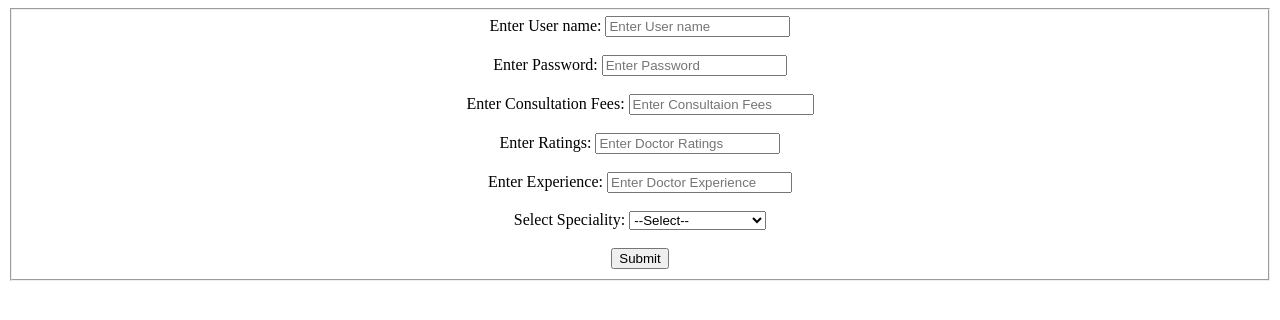
Repository: bigee1397/22-3-2024
Page: http://localhost/MovieMavenDemoApp/
The author's editor kept a copy of each file at every save. The page is drawn from the files as they stood at one save, then again after the next save.
The browser window is 1280 px wide. The pictures show the whole page.
The page is served by Tomcat 9. Other server files are loaded and not shown.

Above is the page before, as saved 2024-03-14 04:47:27.

### jspandservlets/MovieMavenDemoApp/src/main/webapp/index.jsp
<%@ page language="java" contentType="text/html; charset=ISO-8859-1"
    pageEncoding="ISO-8859-1"%>
<!DOCTYPE html>
<html>
<head>
<meta charset="ISO-8859-1">
<title>Insert title here</title>
</head>
<body>
	<fieldset align="center">
		<form action="loginServlet" method="post">
			Enter User name: <input type="text" name="username" placeholder="Enter User name" />
	    	<br><br>
	    	Enter Password: <input type="password" name="password" placeholder="Enter Password" />
	    	<br><br>
	    	Enter Consultation Fees: <input type="number" name="consultationFee" placeholder="Enter Consultaion Fees" />
	    	<br><br>
	    	Enter Ratings: <input type="number" name="ratings" placeholder="Enter Doctor Ratings" />
	    	<br><br>
	    	Enter Experience: <input type="number" name="experience" placeholder="Enter Doctor Experience" />
	    	<br><br>
	        Select Speciality:
	        <select name="speciality">
	            <option>--Select--</option>
	            <option value="ORTHOLOGIST">ORTHOLOGIST</option>
	            <option value="PEDIATRICS">PEDIATRICS</option>
	            <option value="TRICOLOGIST">TRICOLOGIST</option>
	            <option value="DERMATOLOGIST">DERMATOLOGIST</option>
	        </select>
	        <br><br>
	       <!--  Hobbies
	        <input type="checkbox" name="hobby" value="dance">Dance
	        <input type="checkbox" name="hobby" value="music">Music
	        <input type="checkbox" name="hobby" value="sports">Sports
	        <input type="checkbox" name="hobby" value="reading">Reading
	        <br><br> -->
	        <input type="submit" value="Submit">
		</form>
	</fieldset>
</body>
</html>

After the next save:
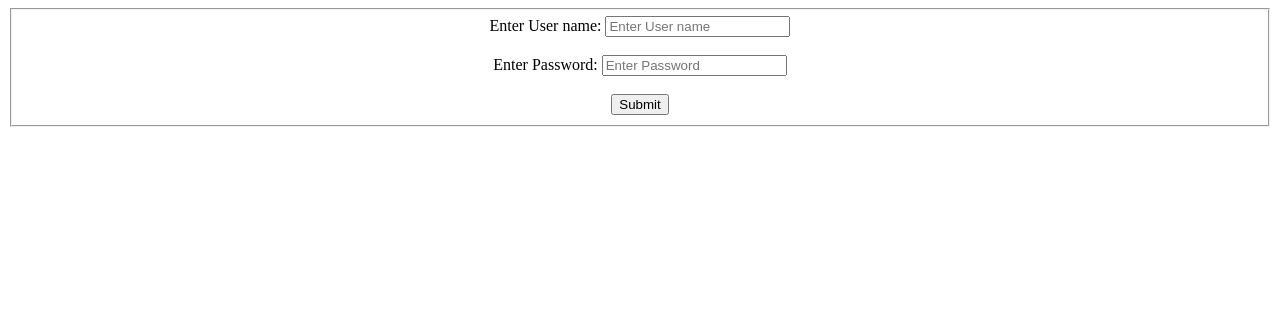
Saved 14 s later.
--- a/jspandservlets/MovieMavenDemoApp/src/main/webapp/index.jsp
+++ b/jspandservlets/MovieMavenDemoApp/src/main/webapp/index.jsp
@@ -13,7 +13,7 @@
 	    	<br><br>
 	    	Enter Password: <input type="password" name="password" placeholder="Enter Password" />
 	    	<br><br>
-	    	Enter Consultation Fees: <input type="number" name="consultationFee" placeholder="Enter Consultaion Fees" />
+	    	<!-- Enter Consultation Fees: <input type="number" name="consultationFee" placeholder="Enter Consultaion Fees" />
 	    	<br><br>
 	    	Enter Ratings: <input type="number" name="ratings" placeholder="Enter Doctor Ratings" />
 	    	<br><br>
@@ -28,7 +28,7 @@
 	            <option value="DERMATOLOGIST">DERMATOLOGIST</option>
 	        </select>
 	        <br><br>
-	       <!--  Hobbies
+	        Hobbies
 	        <input type="checkbox" name="hobby" value="dance">Dance
 	        <input type="checkbox" name="hobby" value="music">Music
 	        <input type="checkbox" name="hobby" value="sports">Sports
